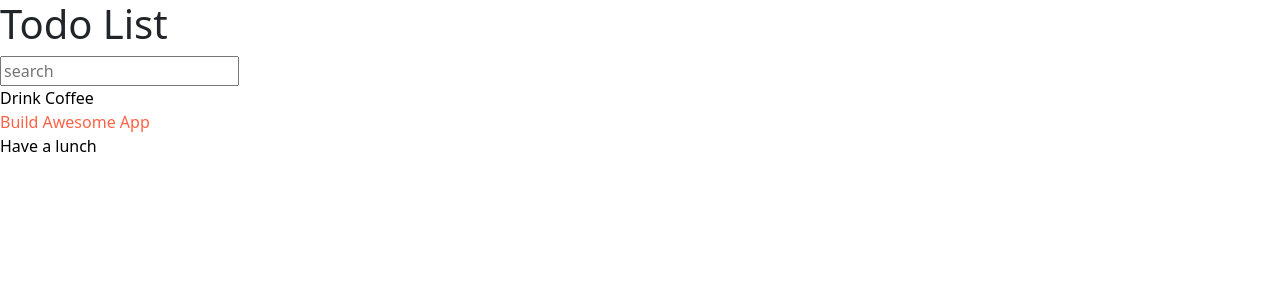
Repository: max535/react-todo-list
Page: /
These files come from the project's save history. The page is drawn as it stood at one moment and after the next save; the edit follows.
The browser window is 1280 px wide. The pictures show the whole page.
The project was rebuilt for these pictures with package versions that can differ from the ones it lists, and the page was loaded fresh each time.

Above is the page before, as saved 2022-01-15 23:05:30.

### public/index.html
<!DOCTYPE html>
<html>
  <head>
    <meta charset="utf-8" />
    <meta
        name="viewport"
        content="width=device-width, initial-scale=1">
    <link
        rel="stylesheet"
        href="https://cdn.jsdelivr.net/npm/bootstrap@5.1.3/dist/css/bootstrap.min.css">
    <link
        rel="stylesheet"
        href="https://cdn.jsdelivr.net/npm/@fortawesome/fontawesome-free@5.15.4/css/fontawesome.min.css">
    <title>Todo App</title>
  </head>
  <body>
      <div id="root"></div>
  </body>
</html>

### src/index.js
import React from 'react';
import ReactDOM from 'react-dom';

import { AppHeader } from './components/AppHeader';
import { SearchPanel } from './components/SearchPanel';
import { TodoList } from './components/TodoList';

const App = () => {

    const todoData = [
        {label: 'Drink Coffee', important: false, id: 1},
        {label: 'Build Awesome App', important: true, id: 2},
        {label: 'Have a lunch', impportant: false, id: 3},
    ];

    return (
        <div>
            <AppHeader />
            <SearchPanel />
            <TodoList todos={todoData} />
        </div>
    );
}

ReactDOM.render(
    <App />,
    document.getElementById('root')
);

### src/components/AppHeader.jsx
import React from 'react';

export const AppHeader = () => {
    return <h1>Todo List</h1>;
};

### src/components/SearchPanel.jsx
import React from 'react';

export const SearchPanel = () => {
    return <input placeholder="search" />;
}

### src/components/TodoList.jsx
import React from 'react';

import { TodoListItem } from './TodoListItem';

export const TodoList = ({todos}) => {

    const elements = todos.map((item) => {

        const {id, ...itemProps} = item;

        return (
            <li key={id}>
                <TodoListItem {...itemProps} />
            </li>
        );
    });

    return (
        <ul className="list-group">
            {elements}
        </ul>
    );
};

### src/components/TodoListItem.jsx
import React from 'react';

export const TodoListItem = ({label, important = false}) => {

    const style = {
        color: important ? 'tomato' : 'black'
    };

    return <span style={style}>{label}</span>;
};

After the next save:
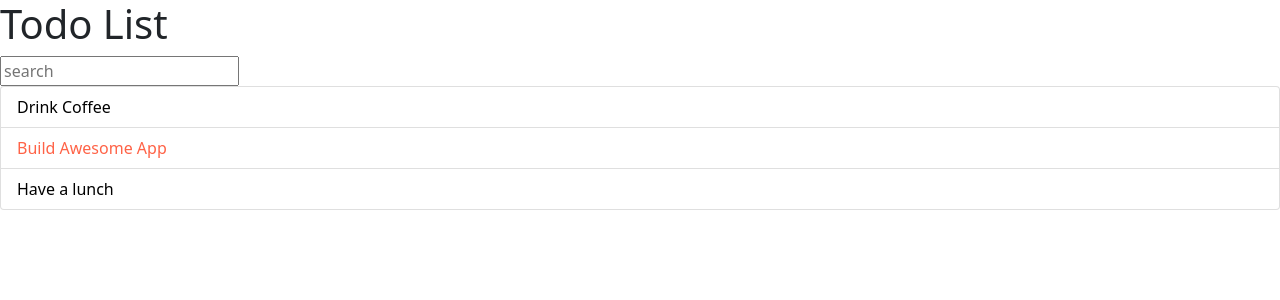
Saved 27 s later.
--- a/src/components/TodoList.jsx
+++ b/src/components/TodoList.jsx
@@ -9,7 +9,7 @@ export const TodoList = ({todos}) => {
         const {id, ...itemProps} = item;
 
         return (
-            <li key={id}>
+            <li key={id} className="list-group-item">
                 <TodoListItem {...itemProps} />
             </li>
         );
